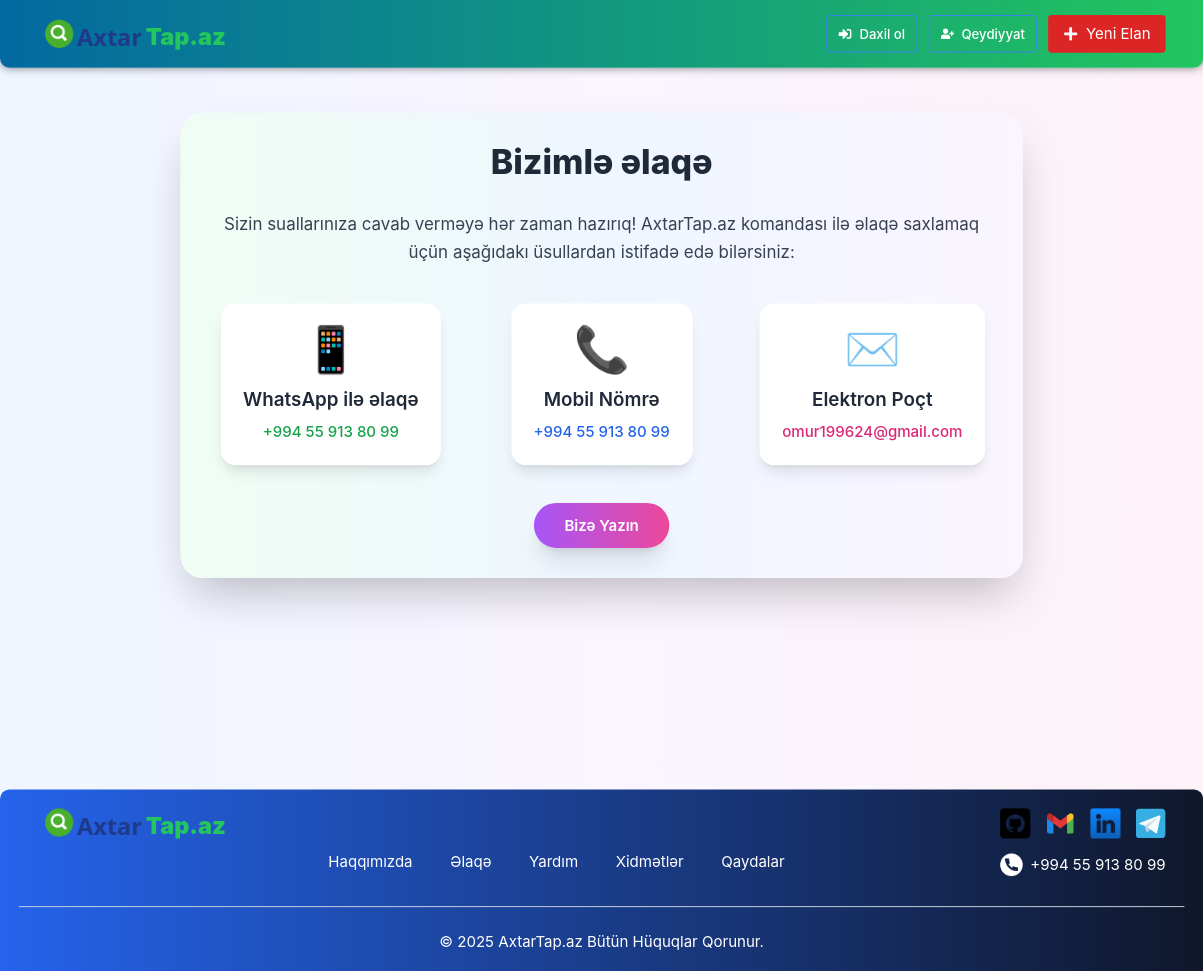
Repository: Omur56/AxtarTap.az
Page: /contact
These files come from the project's save history. The page is drawn as it stood at one moment and after a run of saves; the edit follows.
The browser window is 1280 px wide. The pictures show the whole page, at 94% of full size.
The project was rebuilt for these pictures with package versions that can differ from the ones it lists, and the page was loaded fresh each time. Some packages were replaced by stand-ins written for this rebuild. Also part of the build but not shown: src/pages/Katalog/Cateqories/index.jsx, src/pages/Katalog/index.jsx, src/pages/About/index.jsx, src/pages/Qaydalar/index.jsx, src/pages/Yardım/index.jsx, src/pages/Xidmetler/index.jsx, src/pages/Home/index.jsx, src/components/CreatePostNeqliyyat/index.jsx and 32 more.

Above is the page before, as saved 2025-08-21 19:43:01.

After the next 2 saves:
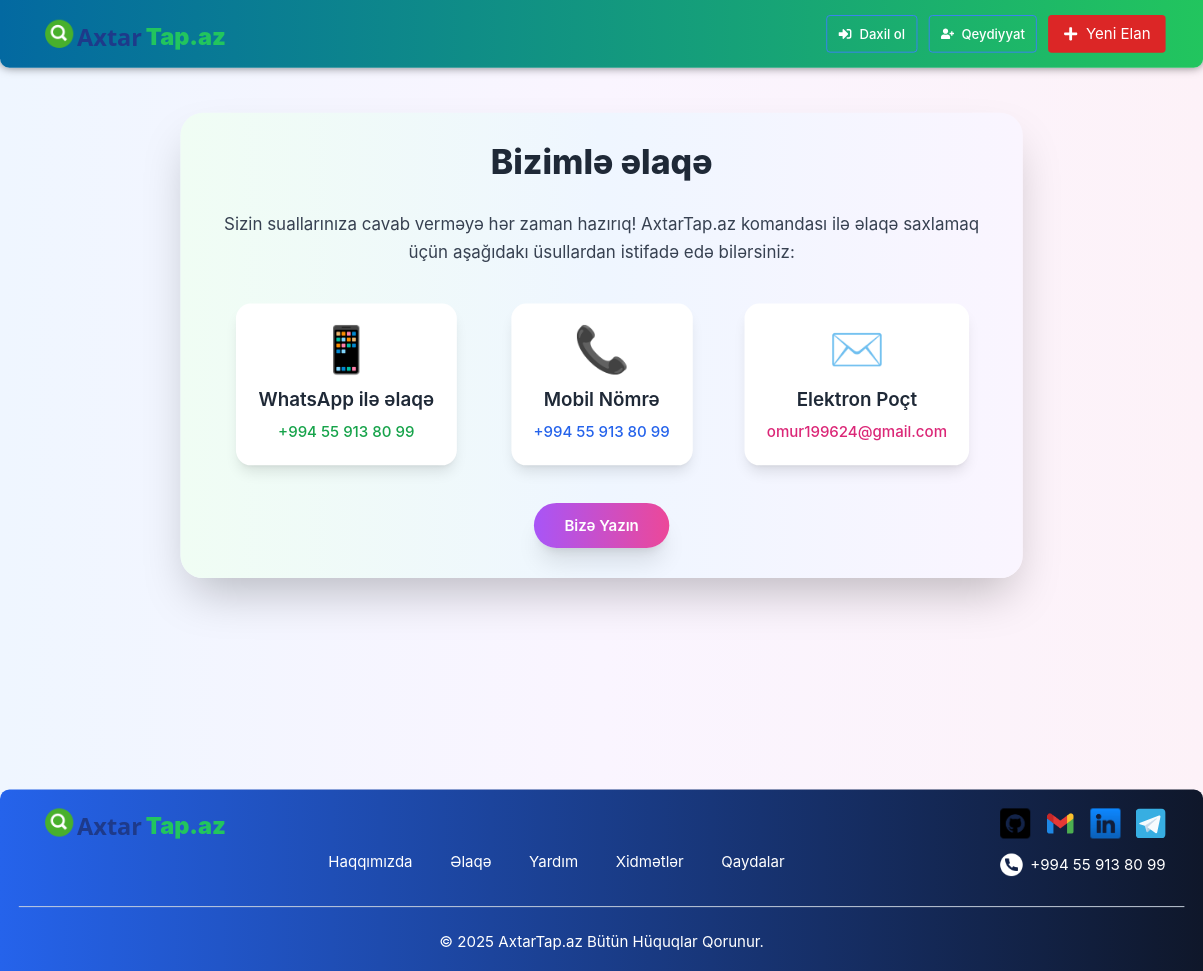
The 2 saves are shown as one change because they came seconds apart.
The last was saved 26 s later.
--- a/src/pages/Contact/index.jsx
+++ b/src/pages/Contact/index.jsx
@@ -4,7 +4,7 @@
 const Contact = () => {
     return (
         <div className="min-h-screen">
-            <div className="max-w-4xl mx-auto p-8 mt-12 mb-12   bg-gradient-to-r from-green-50 via-blue-50 to-purple-50 rounded-3xl shadow-2xl">
+            <div className="max-w-4xl mx-auto p-8 mt-12 mb-12  justify-items-center bg-gradient-to-r from-green-50 via-blue-50 to-purple-50 rounded-3xl shadow-2xl">
   <h2 className="text-4xl font-extrabold text-gray-800 mb-8 text-center">Bizimlə əlaqə</h2>
 
   <p className="text-gray-700 text-lg leading-relaxed text-center mb-10">

After the 3 saves that followed:
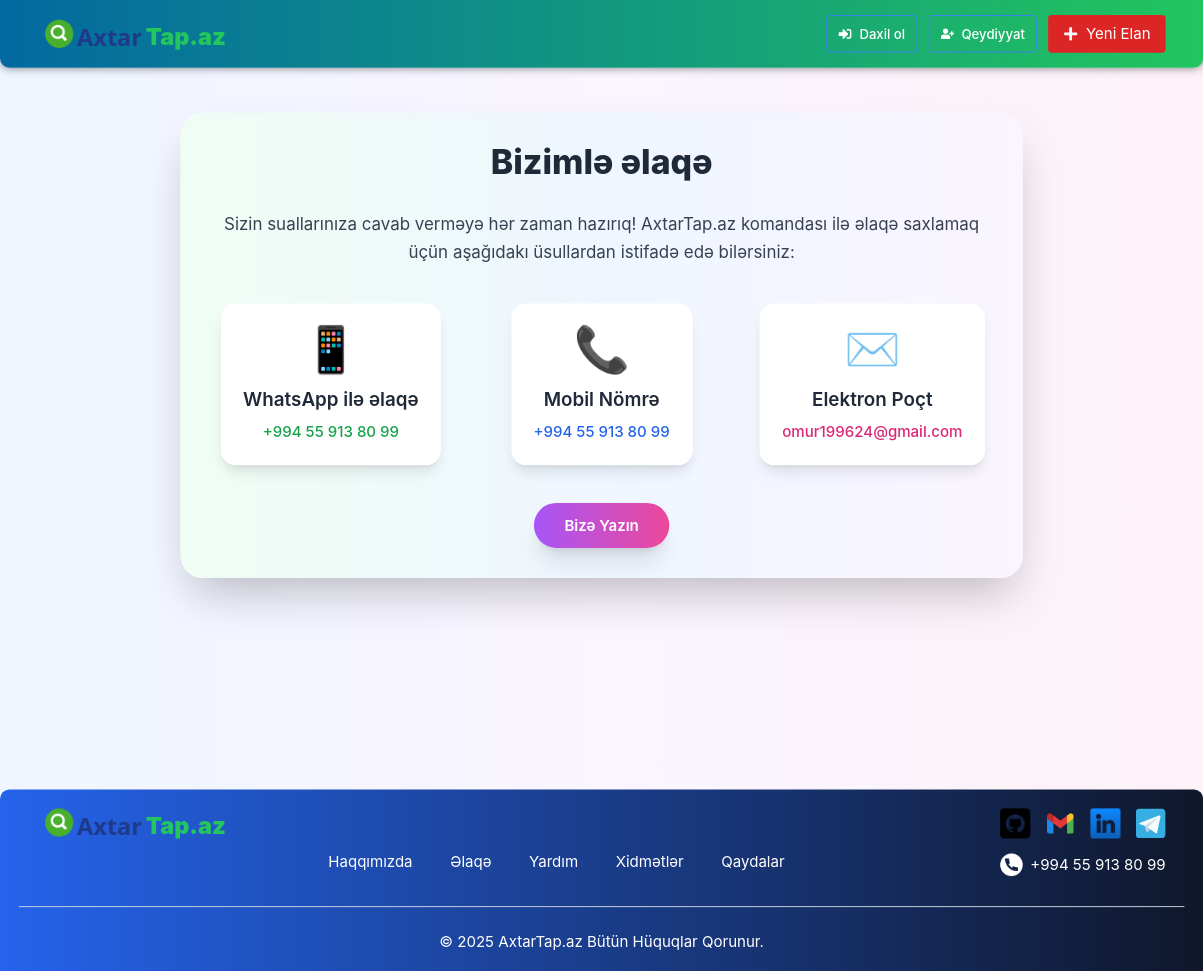
The 3 saves are shown as one change because they came seconds apart.
The last was saved 15 s later.
--- a/src/pages/Contact/index.jsx
+++ b/src/pages/Contact/index.jsx
@@ -4,7 +4,7 @@
 const Contact = () => {
     return (
         <div className="min-h-screen">
-            <div className="max-w-4xl mx-auto p-8 mt-12 mb-12  justify-items-center bg-gradient-to-r from-green-50 via-blue-50 to-purple-50 rounded-3xl shadow-2xl">
+            <div className="max-w-4xl mx-auto p-8 mt-12 mb-12  items-center bg-gradient-to-r from-green-50 via-blue-50 to-purple-50 rounded-3xl shadow-2xl">
   <h2 className="text-4xl font-extrabold text-gray-800 mb-8 text-center">Bizimlə əlaqə</h2>
 
   <p className="text-gray-700 text-lg leading-relaxed text-center mb-10">
